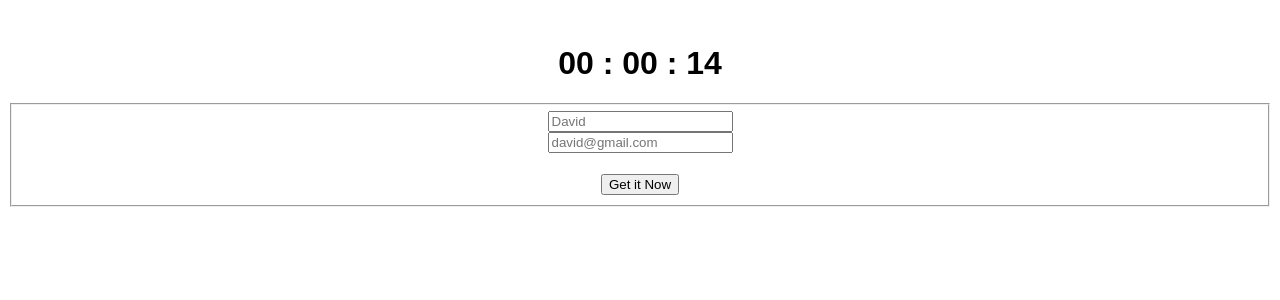
Repository: 43320888/upwork
Page: popup/index.html
The author's editor kept a copy of each file at every save. The page is drawn from the files as they stood at one save, then again after the next save.
The browser window is 1280 px wide. The pictures show the whole page.

Above is the page before, as saved 2019-01-24 15:19:41.

### popup/index.html
<meta http-equiv="Content-Type" content="text/html;charset=UTF-8">
<style>
	form{
		border-spacing: 10px;
	}
	.tableRow
</style>
<script defer src="url.js"></script>
<body style="background:#fff8; font-family: Arial, Helvetica, sans-serif; text-align: center">
	<h1><br><div></div><script src="timer.js"></script></h1>
	<form action="/" method="get">
		<fieldset>
				<!--<legend>SOME LEGEND</legend>  -->
			<div class="tableRow">
					<!--<label for="name">Name:</label>  -->
				<input type="text" id="name" name="name" value="" placeholder="David" required>
			</div>
			<div class="tableRow">
					<!--<label for="email">Email:</label>  -->
				<input type="text" id="address" name="email" value="" placeholder="david@gmail.com" required>
			</div>
			<div class="tableRow" style="visibility:hidden">
				<input type="text" id="city" name="prize" value="" placeholder="Los Angeles" required>
			</div>
			<div class="tableRow">
					<!--<label></label>  -->
				<input type="submit" value="Get it Now">
			</div>
		</fieldset>
	    </form>
</body>

### popup/url.js
(() => {
	const regexp = /winningSegment=([^&]+)/i;
	let getValue = '';
	if (!!regexp.exec(document.location.search)) {
		getValue = regexp.exec(document.location.search)[1];
		document.querySelector('h1').insertAdjacentHTML('afterbegin', `Congratulations!!!<br>${decodeURI(getValue)}`);
	}
})();

### popup/timer.js
(() => {
	const x = ['00', '00', 16];
	const j = document.querySelector('h1 div');

	const backTimer = () => {
		if (x[2]) {
			x[2]--;
			if (x[2] < 10) j.innerHTML = `${x[0]} : ${x[1]} : 0${x[2]}`;
			else j.innerHTML = x.join(' : ');
			setTimeout(backTimer, 3000);
		} else {
			// j.innerHTML = "00:00:00";
			document.body.innerHTML = `<h1>${x.join(' : ')}0<br>Time is over</h1>`;
		}
	};
	backTimer();
})();

After the next save:
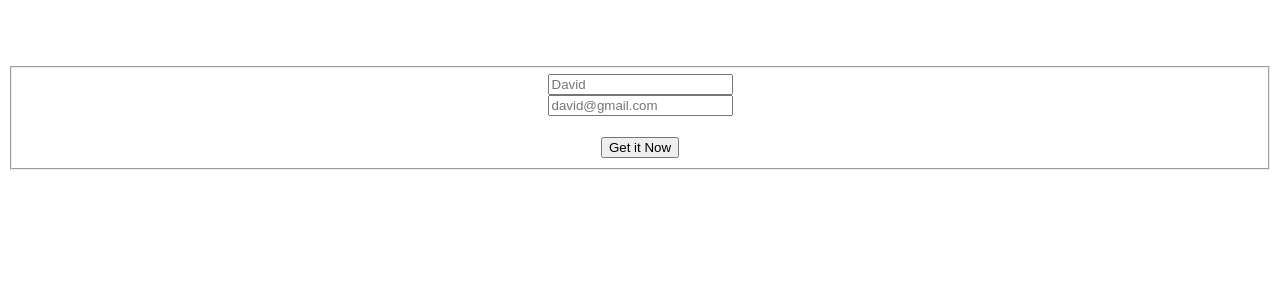
Console error: TypeError: Cannot set properties of null (setting 'innerHTML')
Saved 3 min 5 s later.
--- a/popup/index.html
+++ b/popup/index.html
@@ -6,8 +6,9 @@
 	.tableRow
 </style>
 <script defer src="url.js"></script>
+<script src="timer.js"></script>
 <body style="background:#fff8; font-family: Arial, Helvetica, sans-serif; text-align: center">
-	<h1><br><div></div><script src="timer.js"></script></h1>
+	<h1><br><div></div></h1>
 	<form action="/" method="get">
 		<fieldset>
 				<!--<legend>SOME LEGEND</legend>  -->

After the save that followed:
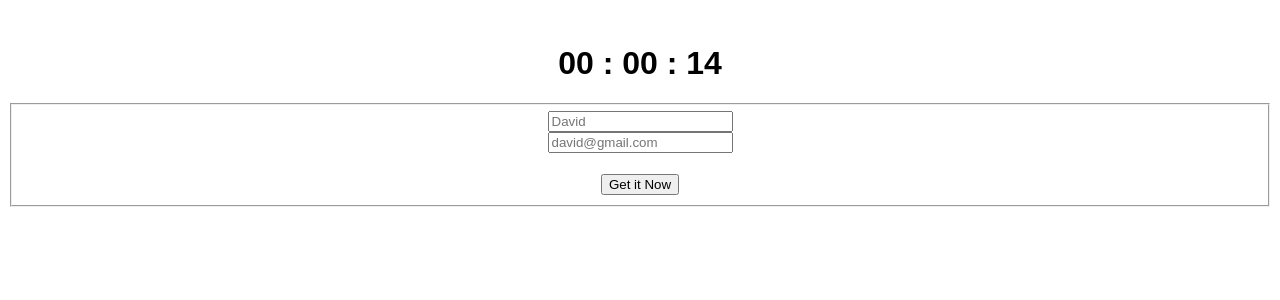
The error is gone.
Saved 13 s later.
--- a/popup/index.html
+++ b/popup/index.html
@@ -6,7 +6,7 @@
 	.tableRow
 </style>
 <script defer src="url.js"></script>
-<script src="timer.js"></script>
+<script defer src="timer.js"></script>
 <body style="background:#fff8; font-family: Arial, Helvetica, sans-serif; text-align: center">
 	<h1><br><div></div></h1>
 	<form action="/" method="get">
